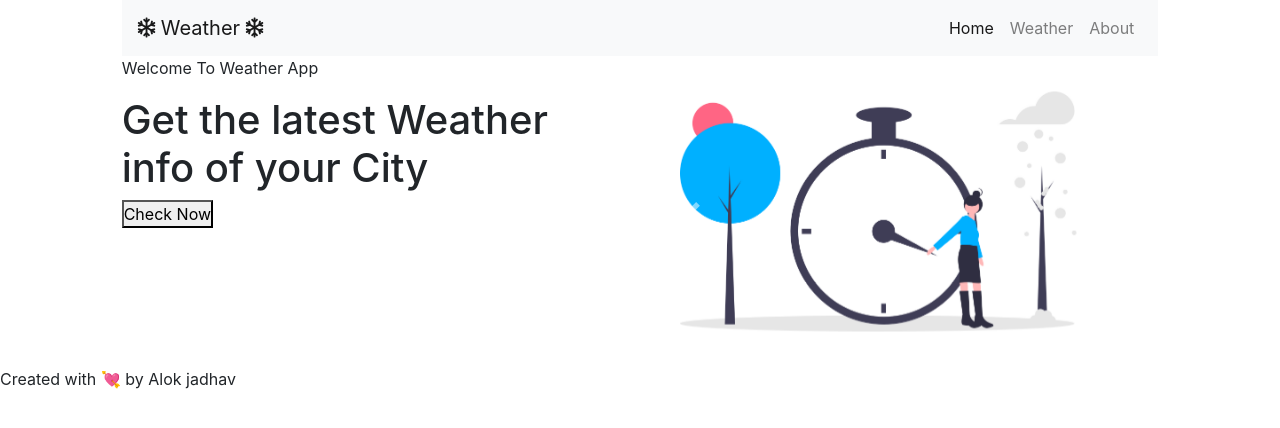
Repository: AalokJadhav/Weather_App
Page: http://localhost/
These files come from the project's save history. The page is drawn as it stood at one moment and after the next save; the edit follows.
The browser window is 1280 px wide. The pictures show the whole page.
Some web fonts or font styles are not loaded; a fallback is used. Some web libraries are served in a nearby version. The page is served by the project's Node server (src/app.js).

Above is the page before, as saved 2020-11-15 11:31:40.

### public/index.html
<!DOCTYPE html>
<html lang="en">

<head>
    <meta charset="UTF-8">
    <meta name="viewport" content="width=device-width, initial-scale=1.0">
    <title>Weather App</title>
    <!-- Latest compiled and minified CSS -->
    <link rel="stylesheet" href="https://maxcdn.bootstrapcdn.com/bootstrap/4.5.2/css/bootstrap.min.css">
    <link rel="stylesheet" href="https://cdnjs.cloudflare.com/ajax/libs/font-awesome/5.10.0/css/all.min.css"
        integrity="sha512-PgQMlq+nqFLV4ylk1gwUOgm6CtIIXkKwaIHp/PAIWHzig/lKZSEGKEysh0TCVbHJXCLN7WetD8TFecIky75ZfQ=="
        crossorigin="anonymous" />
    <!-- jQuery library -->
    <script src="https://ajax.googleapis.com/ajax/libs/jquery/3.5.1/jquery.min.js"></script>

    <!-- Popper JS -->
    <script src="https://cdnjs.cloudflare.com/ajax/libs/popper.js/1.16.0/umd/popper.min.js"></script>

    <!-- Latest compiled JavaScript -->
    <script src="https://maxcdn.bootstrapcdn.com/bootstrap/4.5.2/js/bootstrap.min.js"></script>
    <link rel="stylesheet" href="css/style.css">
    <link rel="shortcut icon" href="images/logo.png" type="image/png">
</head>

<body>
    <div class="container-fluid main-menu">
        <div class="row">
            <div class="col-md-10 col-12 mx-auto">
                <nav class="navbar navbar-expand-lg navbar-light bg-light">
                    <a class="navbar-brand" href="#"><i class="far fa-snowflake"></i> Weather <i
                            class="far fa-snowflake"></i></a>
                    <button class="navbar-toggler" type="button" data-toggle="collapse"
                        data-target="#navbarSupportedContent" aria-controls="navbarSupportedContent"
                        aria-expanded="false" aria-label="Toggle navigation">
                        <span class="navbar-toggler-icon"></span>
                    </button>

                    <div class="collapse navbar-collapse" id="navbarSupportedContent">
                        <ul class="navbar-nav ml-auto">
                            <li class="nav-item active">
                                <a class="nav-link" href="/">Home <span class="sr-only">(current)</span></a>
                            </li>
                            <li class="nav-item">
                                <a class="nav-link" href="/weather">Weather</a>
                            </li>
                            <li class="nav-item">
                                <a class="nav-link" href="/about">About</a>
                            </li>
                        </ul>
                    </div>
                </nav>
            </div>
        </div>
    </div>

    <!-- Main header -->
    <div class="container-fluid main_header">
        <div class="row">
            <div class="col-md-10 col-12 mx-auto">
                <div class="row">
                    <!-- Left Side Div -->
                    <div class="col-md-6 col-12 main_header_left">
                        <p> Welcome To Weather App</p>
                        <h1>Get the latest <span>Weather</span> info of your City</h1>
                        <a href="/weather"><button>Check Now</button></a>
                    </div>
                    <!-- right Side Div -->

                    <div class="col-md-6 col-12 main_header_right">
                        <div id="carouselExampleControls" class="carousel slide" data-ride="carousel">
                            <div class="carousel-inner">
                                <div class="carousel-item active">
                                    <img src="images/bg1.png" class="w-100" alt="...">
                                </div>
                                <div class="carousel-item">
                                    <img src="images/bg2.png" class="w-100" alt="...">
                                </div>
                                <div class="carousel-item">
                                    <img src="images/bg3.png" class="w-100" alt="...">
                                </div>
                            </div>
                            <a class="carousel-control-prev" href="#carouselExampleControls" role="button"
                                data-slide="prev">
                                <span class="carousel-control-prev-icon" aria-hidden="true"></span>
                                <span class="sr-only">Previous</span>
                            </a>
                            <a class="carousel-control-next" href="#carouselExampleControls" role="button"
                                data-slide="next">
                                <span class="carousel-control-next-icon" aria-hidden="true"></span>
                                <span class="sr-only">Next</span>
                            </a>
                        </div>
                    </div>
                </div>
            </div>
        </div>
    </div>

    <!-- // Footer Code -->
    <footer>
        <p> Created with 💘 by Alok jadhav</p>
    </footer>
</body>

</html>

### src/app.js
const express = require('express');
const path = require('path');
const app = express();
const port = process.env.PORT || 8000;

// Public Static Path
const static_path = (path.join(__dirname, '../public'));

app.use(express.static(static_path));

// Routing
app.get('/', (req, res) => {
    res.send('Welcome to Home..!');
});

app.get('/about', (req, res) => {
    res.send('Welcome to About Us Page..!');
});

app.get('/weather', (req, res) => {
    res.send('Welcome to Weather Page..!');
});

app.get('*', (req, res) => {
    res.send('opps...404 error page..!');
});



app.listen(port, () =>{
    console.log(`Listing to the port at ${port}`);
})

### public/css/style.css
@import url('https://fonts.googleapis.com/css2?family=Piazzolla:wght@900&display=swap');

*{
    margin: 0;
    padding: 0;
    box-sizing: border-box;
}
:root {
    --main-bg: #1e272e;
}

After the next save:
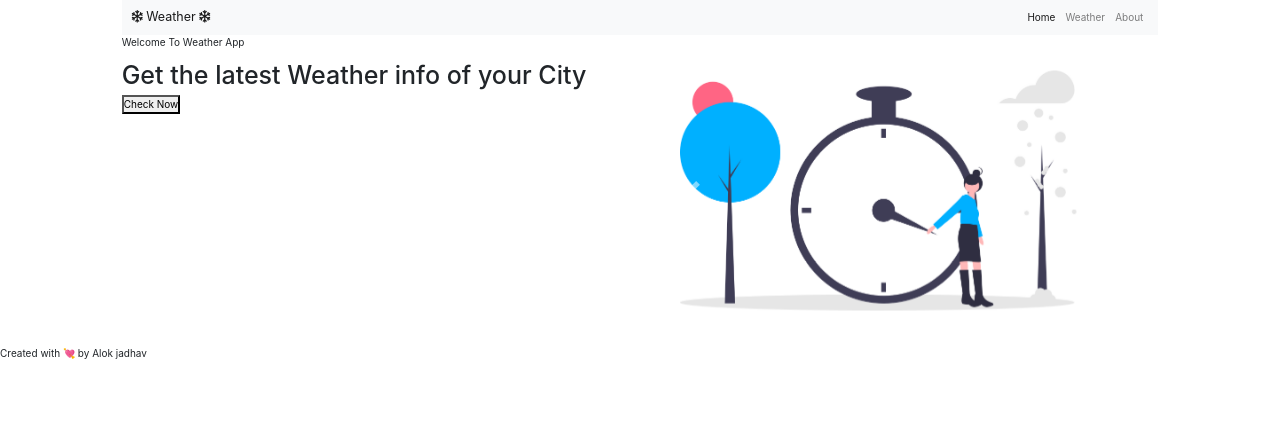
Saved 87 s later.
--- a/public/css/style.css
+++ b/public/css/style.css
@@ -7,4 +7,9 @@
 }
 :root {
     --main-bg: #1e272e;
+    --main-color: #0097e6;
 }
+
+html {
+    font-size:62.5% ;
+}
